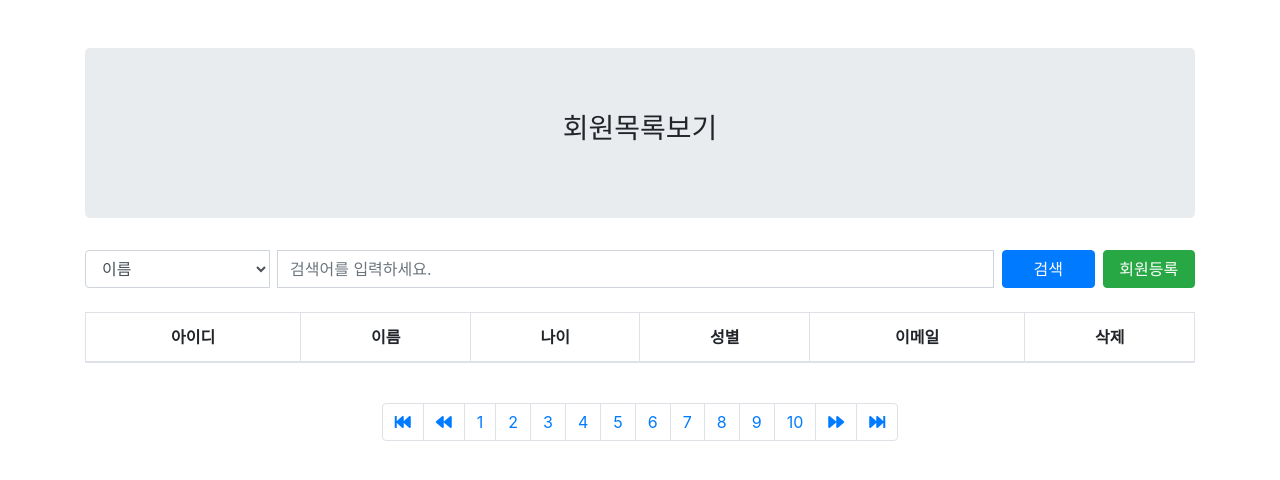
Repository: NoChanJong/JSP
Page: http://localhost/jsp09_board/member/member_list.jsp
An editor plug-in stored every save of this project. The page is shown before and after the next save, followed by the edit.
The browser window is 1280 px wide. The pictures show the whole page.
The page is served by Tomcat 9.

Above is the page before, as saved 2023-05-24 07:54:20.
Console error (its wording comes from the project's code and is left out).

After the next save:
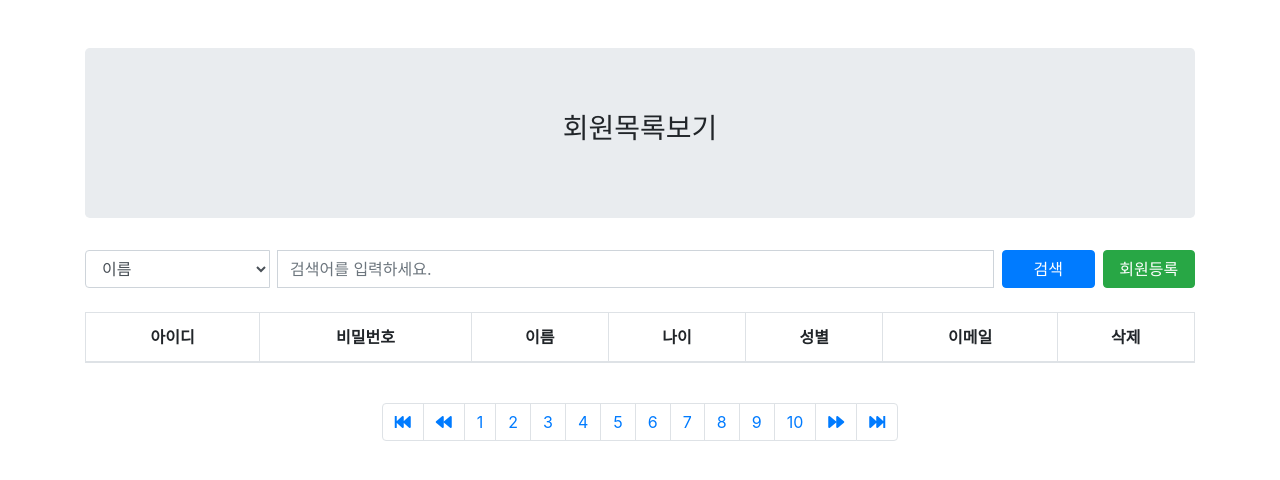
Saved 115 s later.
--- a/jsp09_board/WebContent/member/member_list.jsp
+++ b/jsp09_board/WebContent/member/member_list.jsp
@@ -39,6 +39,7 @@
 			<thead>
 				<tr align="center">
 					<th>아이디</th>
+					<th>비밀번호</th>
 					<th>이름</th>
 					<th>나이</th>
 					<th>성별</th>
@@ -50,6 +51,7 @@
 				<c:forEach var="member" items="${ memberList }">
 					<tr>
 						<td>${ member.getId() }</td>
+						<td>${ member.getPw() }</td>
 						<td><a href="memberDetail.co?id=${ member.getId() }">${ member.getName() }</a></td>
 						<td>${ member.getAge() }</td>
 						<td>${ member.getGender() }</td>
